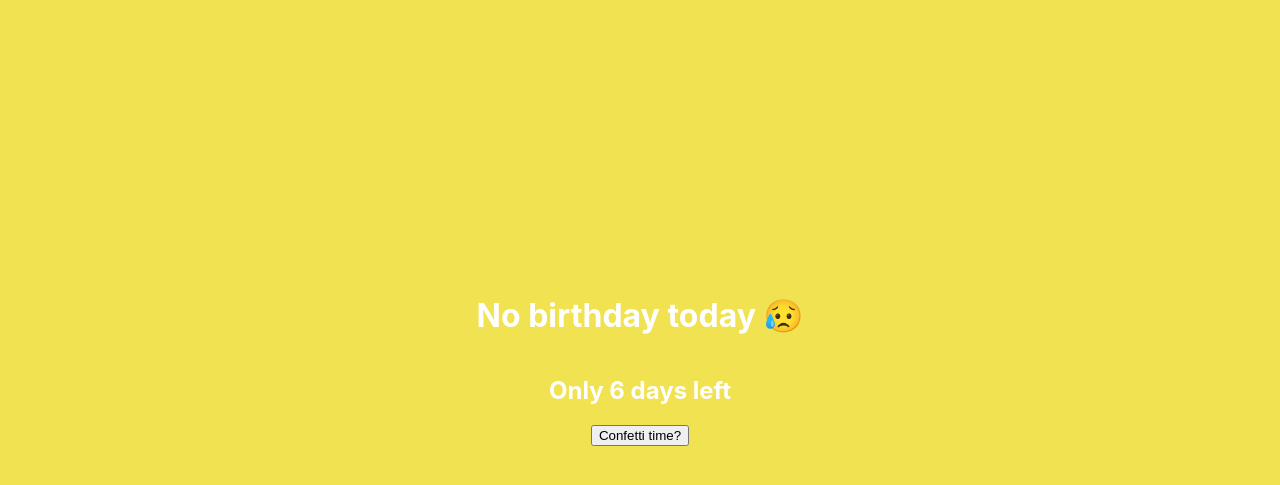
Repository: David-Waite/HannahsBirthdayWebsite
Page: /
The author's editor kept a copy of each file at every save. The page is drawn from the files as they stood at one save, then again after the next save.
The browser window is 1280 px wide. The pictures show the whole page.
The project was rebuilt for these pictures with package versions that can differ from the ones it lists, and the page was loaded fresh each time.

Above is the page before, as saved 2023-03-30 18:16:15.

After the next save:
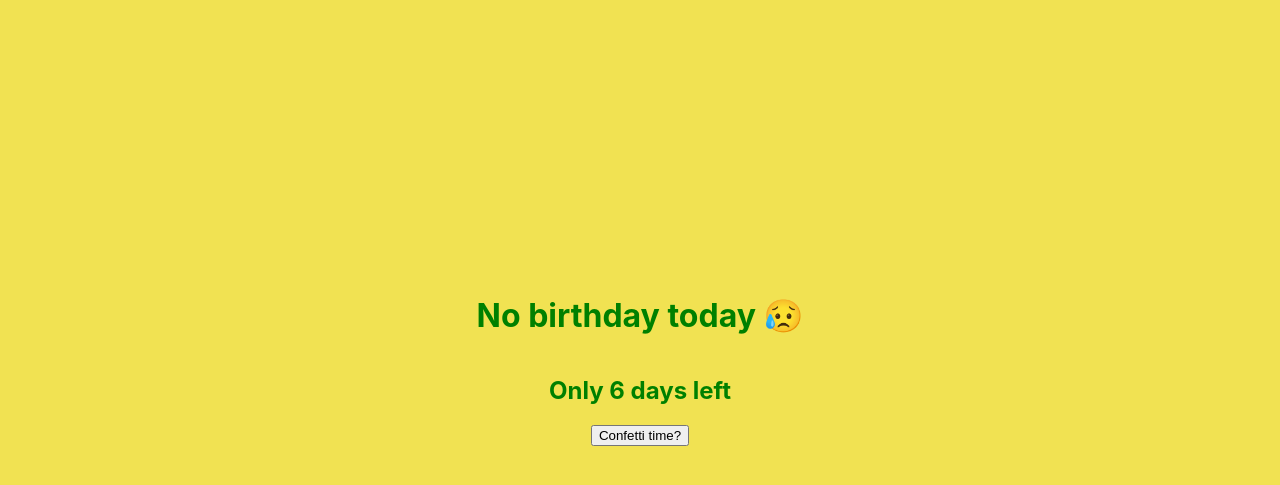
Saved 6 s later.
--- a/src/index.css
+++ b/src/index.css
@@ -15,5 +15,5 @@ body {
   align-items: center;
   justify-content: center;
   background-color: rgb(241, 226, 82);
-  color: white;
+  color: green;
 }
